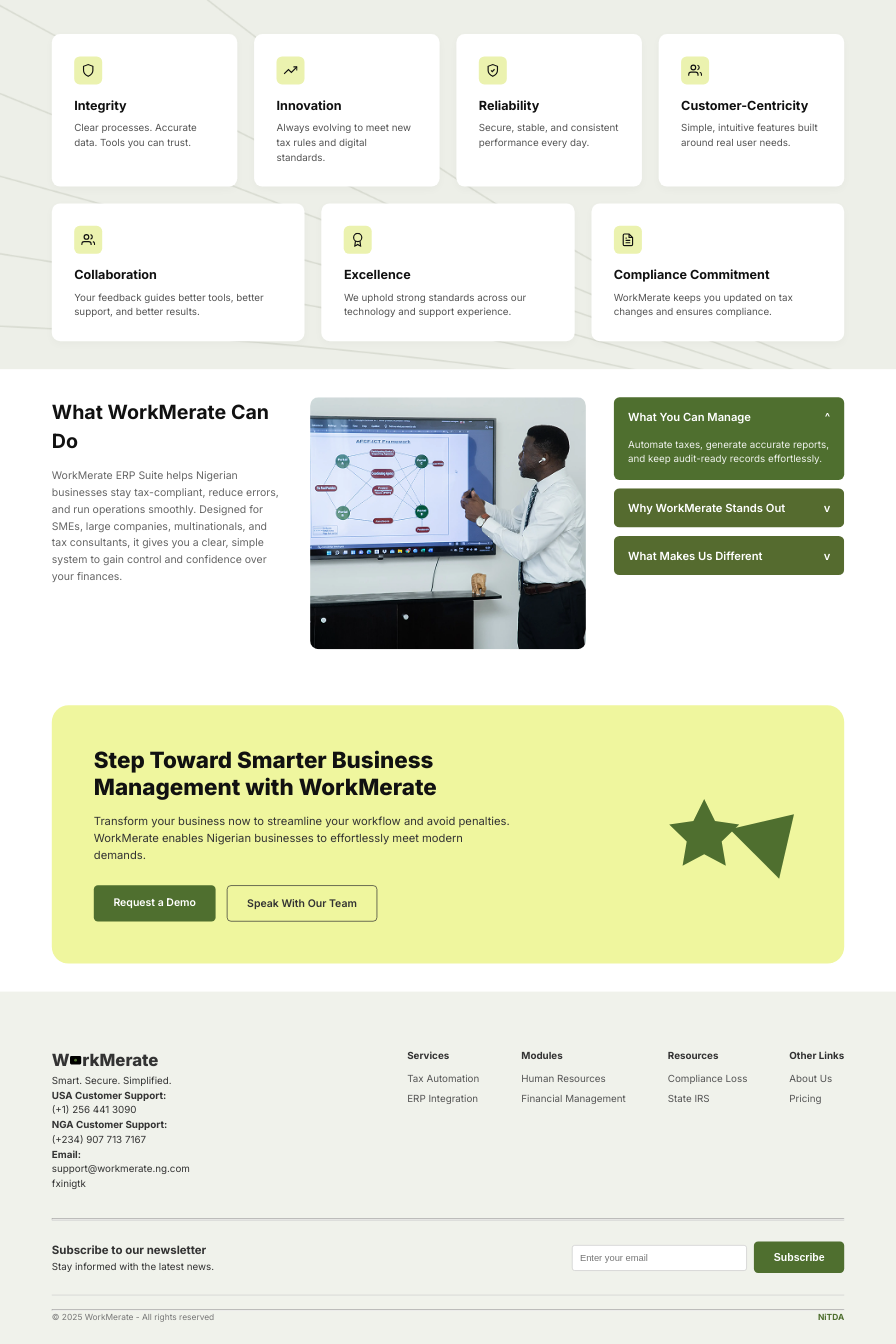
Repository: AYANO-EMMANUEL/workmerate
Page: about.html
The author's editor kept a copy of each file at every save. The page is drawn from the files as they stood at one save, then again after a run of saves.
The browser window is 1280 px wide. The pictures show the part of the page from y = 1462 to 3382 px (the page is 3382 px tall), at 70% of full size.

Above is the page before, as saved 2026-02-02 14:55:35.

### about.html
<!DOCTYPE html>
<html lang="en">
<head>
    <meta charset="UTF-8">
    <meta name="viewport" content="width=device-width, initial-scale=1.0">
    <title>About Us - WorkMerate</title>
    <link rel="stylesheet" href="about.css">
    <link rel="preconnect" href="https://fonts.googleapis.com">
    <link rel="preconnect" href="https://fonts.gstatic.com" crossorigin>
    <link href="https://fonts.googleapis.com/css2?family=Inter:wght@400;500;600;700;800&display=swap" rel="stylesheet">
</head>
<body>

    <nav class="navbar">
        <div class="container nav-wrapper">
            <a href="#" class="logo">W<span class="bag-icon"></span>rkMerate</a>
            <ul class="nav-menu">
                <li><a href="#" class="nav-link">Agentic AI</a></li>
                <li><a href="#" class="nav-link">Services <svg class="chevron" viewBox="0 0 24 24" fill="none" stroke="currentColor" stroke-width="2"><polyline points="6 9 12 15 18 9"></polyline></svg></a></li>
                <li><a href="#" class="nav-link">Modules <svg class="chevron" viewBox="0 0 24 24" fill="none" stroke="currentColor" stroke-width="2"><polyline points="6 9 12 15 18 9"></polyline></svg></a></li>
                <li><a href="#" class="nav-link">Pricing</a></li>
                <li><a href="#" class="nav-link">Resources <svg class="chevron" viewBox="0 0 24 24" fill="none" stroke="currentColor" stroke-width="2"><polyline points="6 9 12 15 18 9"></polyline></svg></a></li>
                <li><a href="#" class="nav-link active">About us</a></li>
            </ul>
            <div class="nav-actions">
                <a href="#" class="login-link">Login</a>
                <a href="#" class="btn-nav">Try it Free</a>
            </div>
            <div class="hamburger" id="hamburger"><span></span><span></span><span></span></div>
        </div>
        <div class="mobile-menu" id="mobileMenu">
             <a href="#">Services</a><a href="#">Modules</a><a href="#">About us</a>
        </div>
    </nav>

    <section class="about-hero">
        <div class="container">
            <div class="about-hero-content">
                <h1>About WorkMerate</h1>
                <p>Automating taxes, streamlining workflows, and keeping Nigerian SMEs fully compliant with the Nigeria Tax Act 2025.</p>
            </div>
        </div>
    </section>

    <section class="section-padding bg-white">
        <div class="container">

            <div class="identity-row">
                <div class="identity-text">
                    <h2>Our Identity</h2>
                    <p>WorkMerate is an ERP platform built for Nigerian SMEs, designed to make tax compliance and daily operations simple, accurate, and stress-free. We designed the system to eliminate the inefficiencies of manual workflows, helping businesses automate tax records, streamline processes, and stay fully compliant without the hassle.</p>
                </div>
                <div class="identity-image">
                    <img src="./assets/about-us-one.png" alt="WorkMerate Team">
                </div>
            </div>

            <div class="mv-grid">
                <div class="mv-card">
                    <h3>The Mission</h3>
                    <p>To empower Nigerian SMEs to run smarter, compliant, and efficient businesses where tax compliance and workflow management are simple, accurate, and stress-free.</p>
                </div>
                <div class="mv-card">
                    <h3>The Vision</h3>
                    <p>To help SMEs automate tax records, streamline workflows, and exchange data seamlessly across all tax authorities so businesses can focus on growth, not paperwork.</p>
                </div>
            </div>

        </div>
    </section>

    <section class="section-padding product-value bg-cream">
        <div class="container">
            <div class="section-header">
                <h2>Product’s Value</h2>
                <p>These aren't just words on a page they're the foundation of every decision we make</p>
            </div>

            <div class="values-flex-grid">
                <div class="value-card">
                    <div class="icon-box-yellow"><svg viewBox="0 0 24 24" fill="none" stroke="currentColor" stroke-width="2"><path d="M12 22s8-4 8-10V5l-8-3-8 3v7c0 6 8 10 8 10z"></path></svg></div>
                    <h3>Integrity</h3>
                    <p>Clear processes. Accurate data. Tools you can trust.</p>
                </div>
                <div class="value-card">
                    <div class="icon-box-yellow"><svg viewBox="0 0 24 24" fill="none" stroke="currentColor" stroke-width="2"><polyline points="23 6 13.5 15.5 8.5 10.5 1 18"></polyline><polyline points="17 6 23 6 23 12"></polyline></svg></div>
                    <h3>Innovation</h3>
                    <p>Always evolving to meet new tax rules and digital standards.</p>
                </div>
                <div class="value-card">
                    <div class="icon-box-yellow"><svg viewBox="0 0 24 24" fill="none" stroke="currentColor" stroke-width="2"><path d="M12 22s8-4 8-10V5l-8-3-8 3v7c0 6 8 10 8 10z"></path><path d="M9 12l2 2 4-4"></path></svg></div>
                    <h3>Reliability</h3>
                    <p>Secure, stable, and consistent performance every day.</p>
                </div>
                <div class="value-card">
                    <div class="icon-box-yellow"><svg viewBox="0 0 24 24" fill="none" stroke="currentColor" stroke-width="2"><path d="M17 21v-2a4 4 0 0 0-4-4H5a4 4 0 0 0-4 4v2"></path><circle cx="9" cy="7" r="4"></circle><path d="M23 21v-2a4 4 0 0 0-3-3.87"></path><path d="M16 3.13a4 4 0 0 1 0 7.75"></path></svg></div>
                    <h3>Customer-Centricity</h3>
                    <p>Simple, intuitive features built around real user needs.</p>
                </div>
                <div class="value-card">
                    <div class="icon-box-yellow"><svg viewBox="0 0 24 24" fill="none" stroke="currentColor" stroke-width="2"><path d="M17 21v-2a4 4 0 0 0-4-4H5a4 4 0 0 0-4 4v2"></path><circle cx="9" cy="7" r="4"></circle><path d="M23 21v-2a4 4 0 0 0-3-3.87"></path><path d="M16 3.13a4 4 0 0 1 0 7.75"></path></svg></div>
                    <h3>Collaboration</h3>
                    <p>Your feedback guides better tools, better support, and better results.</p>
                </div>
                <div class="value-card">
                    <div class="icon-box-yellow"><svg viewBox="0 0 24 24" fill="none" stroke="currentColor" stroke-width="2"><circle cx="12" cy="8" r="7"></circle><polyline points="8.21 13.89 7 23 12 20 17 23 15.79 13.88"></polyline></svg></div>
                    <h3>Excellence</h3>
                    <p>We uphold strong standards across our technology and support experience.</p>
                </div>
                <div class="value-card">
                    <div class="icon-box-yellow"><svg viewBox="0 0 24 24" fill="none" stroke="currentColor" stroke-width="2"><path d="M14 2H6a2 2 0 0 0-2 2v16a2 2 0 0 0 2 2h12a2 2 0 0 0 2-2V8z"></path><polyline points="14 2 14 8 20 8"></polyline><line x1="16" y1="13" x2="8" y2="13"></line><line x1="16" y1="17" x2="8" y2="17"></line><polyline points="10 9 9 9 8 9"></polyline></svg></div>
                    <h3>Compliance Commitment</h3>
                    <p>WorkMerate keeps you updated on tax changes and ensures compliance.</p>
                </div>
            </div>
        </div>
    </section>

    <section class="section-padding bg-white">
        <div class="container">
            <div class="features-layout">
                <div class="feat-text">
                    <h2>What WorkMerate Can Do</h2>
                    <p>WorkMerate ERP Suite helps Nigerian businesses stay tax-compliant, reduce errors, and run operations smoothly. Designed for SMEs, large companies, multinationals, and tax consultants, it gives you a clear, simple system to gain control and confidence over your finances.</p>
                </div>
                <div class="feat-image">
                    <img src="./assets/about-us-two.png" alt="Presentation">
                </div>
                <div class="feat-accordion">
                    <div class="acc-item expanded">
                        <div class="acc-header">
                            <span>What You Can Manage</span>
                            <span class="acc-icon">^</span>
                        </div>
                        <div class="acc-body">
                            Automate taxes, generate accurate reports, and keep audit-ready records effortlessly.
                        </div>
                    </div>
                    <div class="acc-item">
                        <div class="acc-header">
                            <span>Why WorkMerate Stands Out</span>
                            <span class="acc-icon">v</span>
                        </div>
                    </div>
                    <div class="acc-item">
                        <div class="acc-header">
                            <span>What Makes Us Different</span>
                            <span class="acc-icon">v</span>
                        </div>
                    </div>
                </div>
            </div>

            <div class="big-cta-box">
                <div class="cta-left">
                    <h2>Step Toward Smarter Business Management with WorkMerate</h2>
                    <p>Transform your business now to streamline your workflow and avoid penalties. WorkMerate enables Nigerian businesses to effortlessly meet modern demands.</p>
                    <div class="cta-btns">
                        <a href="#" class="btn-dark">Request a Demo</a>
                        <a href="#" class="btn-outline-dark">Speak With Our Team</a>
                    </div>
                </div>
                <div class="cta-right">
                    <svg viewBox="0 0 24 24" fill="currentColor" class="big-arrow"><path d="M12 2L15.09 8.26L22 9.27L17 14.14L18.18 21.02L12 17.77L5.82 21.02L7 14.14L2 9.27L8.91 8.26L12 2Z"></path></svg>
                    <div class="arrow-graphic"></div>
                </div>
            </div>

        </div>
    </section>

    <footer class="footer-section">
        <div class="container">
            <div class="footer-top">
                <div class="footer-brand">
                    <a href="#" class="logo">W<span class="bag-icon"></span>rkMerate</a>
                    <p class="tagline">Smart. Secure. Simplified.</p>
                    <div class="contact-details">
                        <p><strong>USA Customer Support:</strong><br>(+1) 256 441 3090</p>
                        <p><strong>NGA Customer Support:</strong><br>(+234) 907 713 7167</p>
                        <p><strong>Email:</strong><br>support@workmerate.ng.com</p>
                    </div>
                    <div class="social-icons">
                         <span>f</span><span>x</span><span>in</span><span>ig</span><span>tk</span>
                    </div>
                </div>
                <div class="footer-links-grid">
                    <div><h4>Services</h4><ul><li><a href="#">Tax Automation</a></li><li><a href="#">ERP Integration</a></li></ul></div>
                    <div><h4>Modules</h4><ul><li><a href="#">Human Resources</a></li><li><a href="#">Financial Management</a></li></ul></div>
                    <div><h4>Resources</h4><ul><li><a href="#">Compliance Loss</a></li><li><a href="#">State IRS</a></li></ul></div>
                    <div><h4>Other Links</h4><ul><li><a href="#">About Us</a></li><li><a href="#">Pricing</a></li></ul></div>
                </div>
            </div>
            <hr>
            <div class="footer-newsletter">
                <div class="nl-text"><h3>Subscribe to our newsletter</h3><p>Stay informed with the latest news.</p></div>
                <div class="nl-form"><input type="email" placeholder="Enter your email"><button class="btn-dark">Subscribe</button></div>
            </div>
            <hr>
            <div class="footer-bottom">
                <p>&copy; 2025 WorkMerate - All rights reserved</p>
                <div class="badges"><span style="color:#4F6F2F; font-weight:bold;">NiTDA</span></div>
            </div>
        </div>
    </footer>

    <script>
        document.getElementById('hamburger').addEventListener('click', function() {
            document.getElementById('mobileMenu').classList.toggle('open');
        });
    </script>
</body>
</html>

### about.css
/* --- Reset & Variables --- */
:root {
  --font-family: "Inter", sans-serif;
  --color-text-main: #111;
  --color-text-light: #555;
  --color-dark-green: #4f6f2f;
  --color-darker-green: #384e20;
  --color-cream-bg: #f0f2eb;
  --color-yellow-bg: #eff69e;
  --color-yellow-icon: #ebf2af;
}

* {
  margin: 0;
  padding: 0;
  box-sizing: border-box;
}
body {
  font-family: var(--font-family);
  color: var(--color-text-main);
  background: #fff;
  line-height: 1.5;
  overflow-x: hidden;
}
a {
  text-decoration: none;
  color: inherit;
}
ul {
  list-style: none;
}
img {
  max-width: 100%;
  display: block;
}

/* Utilities */
.container {
  max-width: 1240px;
  margin: 0 50px;
  padding: 0 24px;
}

.section-padding {
  padding: 40px 0;
}
.product-value {
  background: url("./assets/pricing-bg-2.png") no-repeat center center/cover;
}
.bg-cream {
  background-color: var(--color-cream-bg);
}
.bg-white {
  background-color: #fff;
}

/* --- Navigation --- */
.navbar {
  height: 72px;
  display: flex;
  align-items: center;
  border-bottom: 1px solid #eee;
  background: #fff;
  position: relative;
  z-index: 100;
}
.nav-wrapper {
  width: 100%;
  display: flex;
  justify-content: space-between;
  align-items: center;
}
.logo {
  font-size: 24px;
  font-weight: 800;
  display: flex;
  align-items: center;
}
.bag-icon {
  width: 16px;
  height: 12px;
  background: #000;
  border-radius: 2px;
  display: inline-block;
  position: relative;
  margin: 0 1px;
}
.bag-icon::after {
  content: "";
  position: absolute;
  top: 4px;
  left: 6px;
  width: 4px;
  height: 4px;
  background: var(--color-dark-green);
  border-radius: 50%;
}
.nav-menu {
  display: flex;
  gap: 32px;
}
.nav-link {
  font-size: 14px;
  font-weight: 500;
  display: flex;
  align-items: center;
  gap: 4px;
}
.nav-link.active {
  font-weight: 700;
  color: #000;
}
.nav-actions {
  display: flex;
  gap: 20px;
  align-items: center;
}
.login-link {
  font-weight: 600;
  font-size: 14px;
}
.btn-nav {
  background: var(--color-dark-green);
  color: #fff;
  padding: 10px 20px;
  border-radius: 4px;
  font-weight: 600;
  font-size: 14px;
}
.hamburger {
  display: none;
  flex-direction: column;
  gap: 5px;
  cursor: pointer;
}
.hamburger span {
  width: 24px;
  height: 3px;
  background: #000;
}
.mobile-menu {
  display: none;
  position: absolute;
  top: 72px;
  left: 0;
  width: 100%;
  background: #fff;
  padding: 20px;
  border-bottom: 1px solid #eee;
}
.mobile-menu.open {
  display: flex;
  flex-direction: column;
  gap: 10px;
}

/* --- 1. About Hero --- */
.about-hero {
  /* Using a gradient overlay on a placeholder image background */
  background: url("./assets/about-us-hero.png") no-repeat center center/cover;
  background-size: cover;
  background-position: center;
  color: #fff;
  padding: 120px 0;
  text-align: left;
  display: flex;
  align-items: end;
  justify-content: start;
  min-height: 500px;
}
.about-hero-content {
  max-width: 800px;
}
.about-hero h1 {
  font-size: 48px;
  font-weight: 800;
  margin-bottom: 24px;
}
.about-hero p {
  font-size: 20px;
  line-height: 1.5;
  opacity: 0.95;
}

/* --- 2. Identity --- */
.identity-row {
  display: grid;
  grid-template-columns: 1fr 1fr;
  gap: 60px;
  align-items: center;
  margin-bottom: 60px;
}
.identity-text h2 {
  font-size: 32px;
  font-weight: 700;
  margin-bottom: 24px;
}
.identity-text p {
  color: #555;
  font-size: 16px;
  line-height: 1.6;
}
.identity-image img {
  width: 100%;
  height: 360px;
  object-fit: cover;
  border-radius: 12px;
}

.mv-grid {
  display: grid;
  grid-template-columns: 1fr 1fr;
  gap: 60px;
  border-top: 0.4px solid #000;
  padding: 60px;
}
.mv-card {
  border-left: 4px solid var(--color-dark-green);
  padding-left: 24px;
}
.mv-card h3 {
  color: var(--color-dark-green);
  font-size: 24px;
  font-weight: 700;
  margin-bottom: 16px;
}
.mv-card p {
  color: #555;
  line-height: 1.6;
}

/* --- 3. Product's Value --- */
.section-header {
  text-align: center;
  max-width: 700px;
  margin: 0 auto 60px;
}
.section-header h2 {
  font-size: 32px;
  font-weight: 700;
  margin-bottom: 16px;
}
.section-header p {
  color: #666;
}

.values-flex-grid {
  display: flex;
  flex-wrap: wrap;
  gap: 24px;
  justify-content: center;
}
.value-card {
  background: #fff;
  border-radius: 12px;
  padding: 32px;
  width: calc(25% - 18px); /* 4 per row approximately */
  min-width: 250px;
  box-shadow: 0 4px 12px rgba(0, 0, 0, 0.03);
  flex-grow: 1;
}
.icon-box-yellow {
  width: 40px;
  height: 40px;
  background: var(--color-yellow-icon);
  border-radius: 8px;
  display: flex;
  align-items: center;
  justify-content: center;
  color: #111;
  margin-bottom: 16px;
}
.icon-box-yellow svg {
  width: 20px;
  height: 20px;
}
.value-card h3 {
  font-size: 18px;
  font-weight: 700;
  margin-bottom: 8px;
}
.value-card p {
  font-size: 14px;
  color: #555;
}

/* --- 4. What WorkMerate Can Do --- */
.features-layout {
  display: grid;
  grid-template-columns: 1fr 1.2fr 1fr;
  gap: 40px;
  margin-bottom: 80px;
  align-items: start;
}
.feat-text h2 {
  font-size: 28px;
  font-weight: 700;
  margin-bottom: 16px;
}
.feat-text p {
  color: #666;
  font-size: 15px;
  line-height: 1.6;
}
.feat-image img {
  width: 100%;
  height: 360px;
  object-fit: cover;
  border-radius: 12px;
}

.feat-accordion {
  display: flex;
  flex-direction: column;
  gap: 12px;
}
.acc-item {
  border-radius: 8px;
  overflow: hidden;
  background: var(--color-dark-green);
  color: #fff;
}
.acc-header {
  padding: 16px 20px;
  font-weight: 600;
  display: flex;
  justify-content: space-between;
  align-items: center;
  cursor: pointer;
}
.acc-body {
  padding: 0 20px 20px;
  font-size: 14px;
  opacity: 0.9;
  line-height: 1.5;
}
.acc-item:not(.expanded) .acc-body {
  display: none;
}
.acc-item:not(.expanded) .acc-header {
  background: #556b2f;
} /* Slightly darker/lighter for inactive */

/* Big CTA Box */
.big-cta-box {
  background: var(--color-yellow-bg);
  border-radius: 24px;
  padding: 60px;
  display: flex;
  gap: 40px;
  align-items: center;
  justify-content: space-between;
  position: relative;
  overflow: hidden;
}
.cta-left {
  max-width: 600px;
  position: relative;
  z-index: 2;
}
.cta-left h2 {
  font-size: 32px;
  font-weight: 800;
  margin-bottom: 16px;
  line-height: 1.2;
}
.cta-left p {
  margin-bottom: 32px;
  font-size: 16px;
  color: #333;
}
.cta-btns {
  display: flex;
  gap: 16px;
}
.btn-dark {
  background: var(--color-dark-green);
  color: #fff;
  padding: 14px 28px;
  border-radius: 6px;
  font-weight: 600;
  font-size: 15px;
  border: none;
  cursor: pointer;
}
.btn-outline-dark {
  border: 1px solid #333;
  color: #333;
  padding: 14px 28px;
  border-radius: 6px;
  font-weight: 600;
  font-size: 15px;
}

/* Abstract Arrow Graphic */
.cta-right {
  width: 200px;
  height: 200px;
  display: flex;
  align-items: center;
  justify-content: center;
}
.arrow-graphic {
  /* Simulating the arrow abstractly */
  width: 0;
  height: 0;
  border-top: 50px solid transparent;
  border-bottom: 50px solid transparent;
  border-left: 80px solid var(--color-dark-green);
  transform: rotate(-45deg);
}
.big-arrow {
  width: 150px;
  height: 150px;
  color: var(--color-dark-green);
}

/* --- Footer --- */
.footer-section {
  background: var(--color-cream-bg);
  padding: 80px 0 30px;
  font-size: 14px;
  color: #333;
}
.footer-top {
  display: flex;
  justify-content: space-between;
  flex-wrap: wrap;
  gap: 40px;
  margin-bottom: 40px;
}
.footer-links-grid {
  display: flex;
  gap: 60px;
}
.footer-links-grid h4 {
  font-weight: 700;
  margin-bottom: 12px;
}
.footer-links-grid a {
  color: #555;
  display: block;
  margin-bottom: 8px;
}
.footer-newsletter {
  display: flex;
  justify-content: space-between;
  align-items: center;
  padding: 30px 0;
  border-top: 1px solid #ccc;
  border-bottom: 1px solid #ccc;
  margin-bottom: 20px;
}
.nl-form input {
  padding: 10px;
  border: 1px solid #ccc;
  border-radius: 4px;
  width: 250px;
  margin-right: 10px;
}
.footer-bottom {
  display: flex;
  justify-content: space-between;
  align-items: center;
  font-size: 12px;
  color: #777;
}

/* Responsive */
@media (max-width: 992px) {
  .nav-menu,
  .nav-actions {
    display: none;
  }
  .hamburger {
    display: flex;
  }
  .identity-row {
    grid-template-columns: 1fr;
    gap: 30px;
  }
  .mv-grid {
    grid-template-columns: 1fr;
    gap: 40px;
  }
  .features-layout {
    grid-template-columns: 1fr;
  }
  .big-cta-box {
    flex-direction: column;
    padding: 40px;
  }
  .cta-right {
    display: none;
  }
  .value-card {
    width: calc(50% - 12px);
  }
}
@media (max-width: 600px) {
  .about-hero h1 {
    font-size: 36px;
  }
  .value-card {
    width: 100%;
  }
  .cta-btns {
    flex-direction: column;
  }
  .footer-newsletter {
    flex-direction: column;
    align-items: flex-start;
    gap: 15px;
  }
  .nl-form {
    width: 100%;
  }
  .nl-form input {
    width: 100%;
    margin-bottom: 10px;
  }
  .footer-links-grid {
    flex-wrap: wrap;
    gap: 30px;
  }
}

After the next 8 saves:
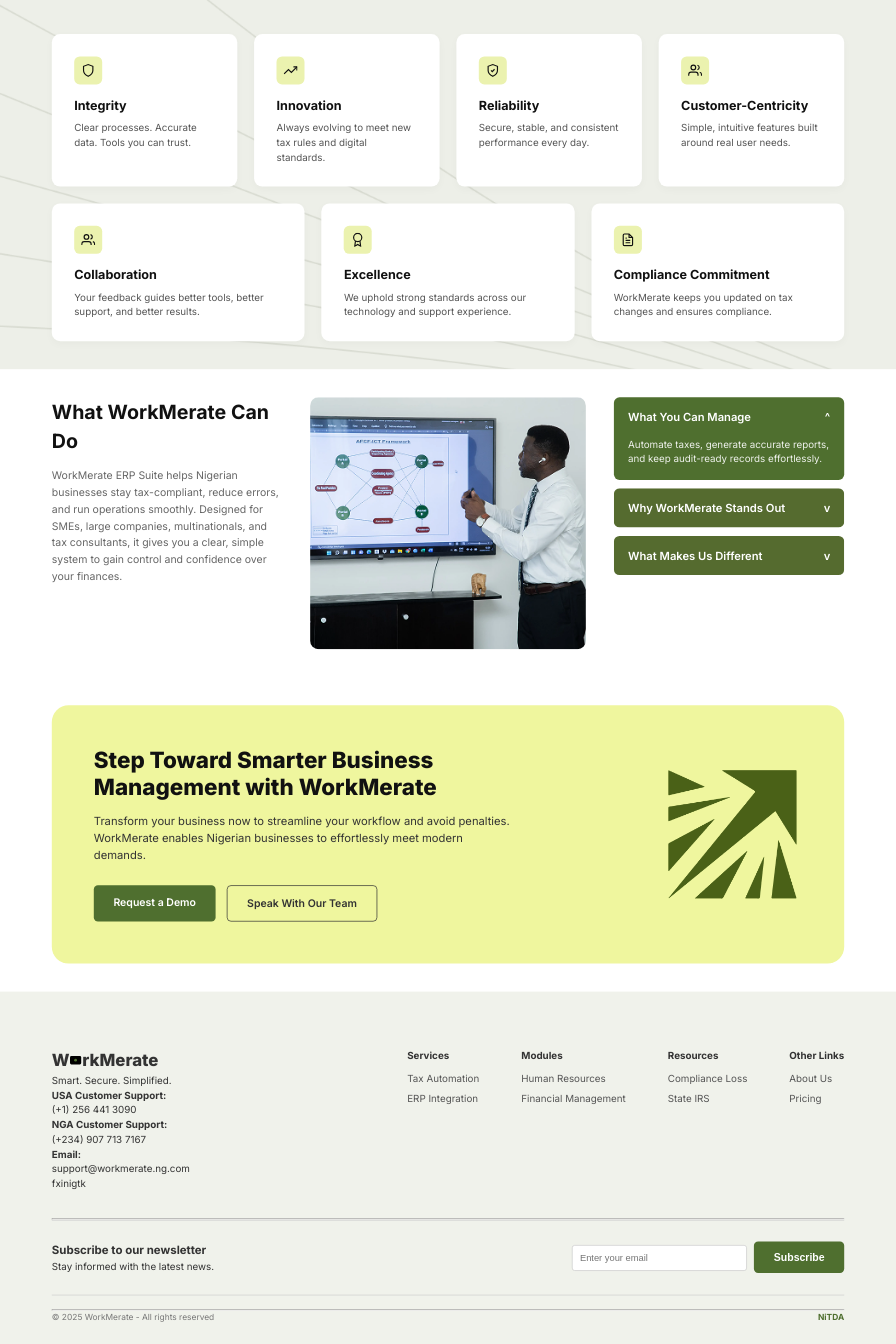
The 8 saves are shown as one change because they came seconds apart.
The last was saved 3 min 23 s later.
--- a/about.html
+++ b/about.html
@@ -161,8 +161,7 @@
                     </div>
                 </div>
                 <div class="cta-right">
-                    <svg viewBox="0 0 24 24" fill="currentColor" class="big-arrow"><path d="M12 2L15.09 8.26L22 9.27L17 14.14L18.18 21.02L12 17.77L5.82 21.02L7 14.14L2 9.27L8.91 8.26L12 2Z"></path></svg>
-                    <div class="arrow-graphic"></div>
+                    <img src="./assets/about-us-illustration.png" alt="">
                 </div>
             </div>
 
